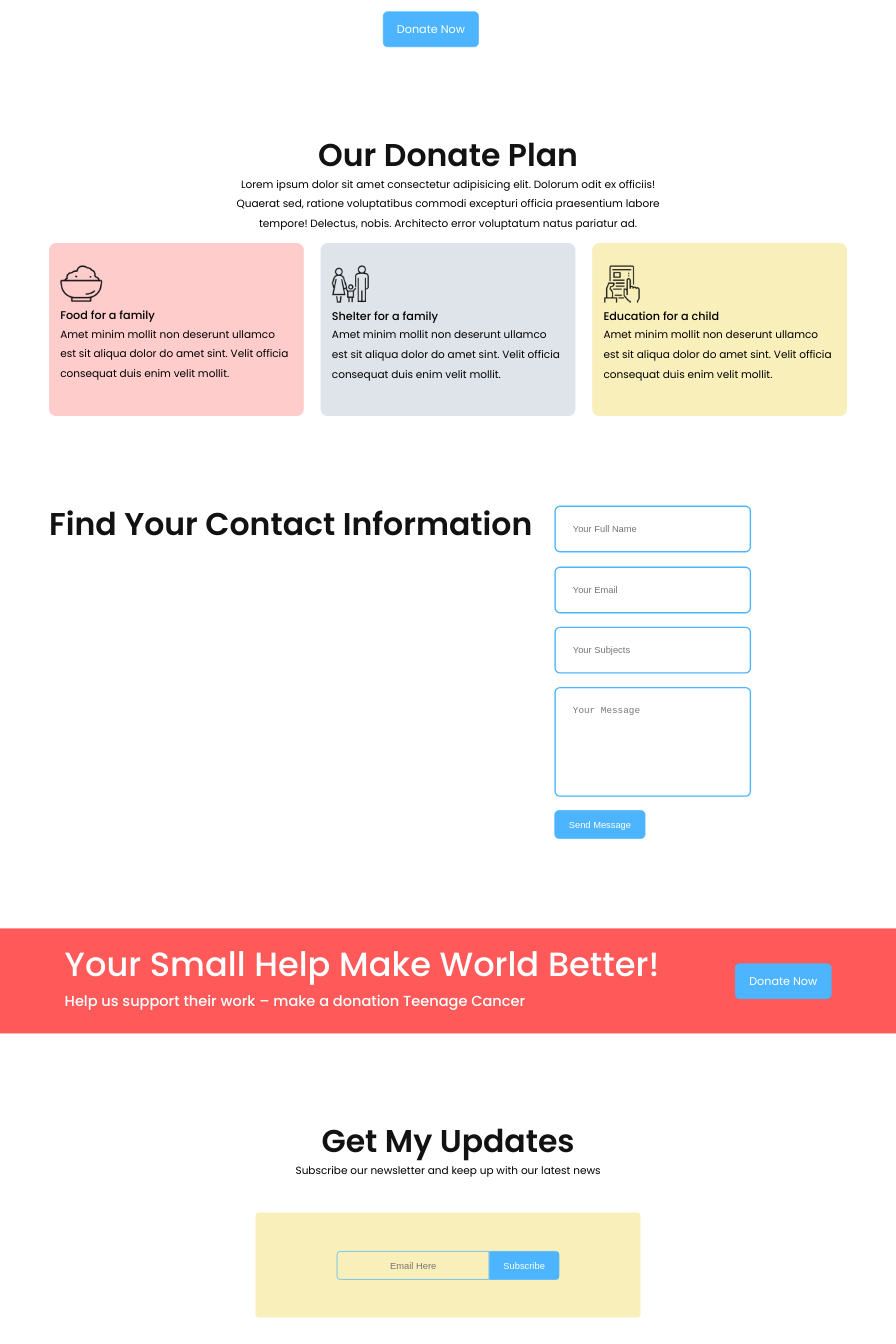
Repository: mdrubel02/donate-website
Page: index.html
These files come from the project's save history. The page is drawn as it stood at one moment and after the next save; the edit follows.
The browser window is 1280 px wide. The pictures show the part of the page from y = 1185 to 3105 px (the page is 3373 px tall), at 70% of full size.

Above is the page before, as saved 2022-07-06 21:48:59.

### index.html
<!DOCTYPE html>
<html lang="en">

<head>
    <meta charset="UTF-8">
    <meta http-equiv="X-UA-Compatible" content="IE=edge">
    <meta name="viewport" content="width=device-width, initial-scale=1.0">
    <title>Our Donate Website</title>
    <link rel="stylesheet" href="./index.css">
</head>

<body>
    <!-- banner section -->
    <section class="banner-section">
        <div class="banner-content">
            <h1>Let’s Help Those Who Are More In Need</h1>
            <p>Lorem ipsum dolor sit amet consectetur, adipisicing elit. Asperiores similique
                sapiente nobis, libero nemo saepe</p>
            <a href="" class="btn btn-primary">Donate Now</a>
        </div>
    </section>

    <!-------- Donate Today------->
    <section class="container">
        <div class="donate-section">
            <h2 class="section-title">Donate Today</h2>

            <p class="small-title">Lorem ipsum dolor sit amet consectetur adipisicing elit. Consequatur modi
                consectetur nemo blanditiis, nam velit omnis asperiores corrupti tenetur consequuntur.</p>

            <div class="donate-today">
                <div class="donate-content">
                    <h3>100<span>tk</span> </h3>
                </div>
                <div class="donate-content">
                    <h3>500<span>tk</span> </h3>
                </div>
                <div class="donate-content">
                    <h3>1000<span>tk</span> </h3>
                </div>
                <div class="donate-content">
                    <h3>5000<span>tk</span> </h3>
                </div>
            </div>
            <p>Other Amount <span>(taka)</span></p>
            <hr>
            <a href="" class="btn btn-primary">Donate Now</a>
        </div>
    </section>

    <!---------- donate plan section-------- -->
    <section class="container">
        <div class="section-title">
            <h3 class="title">Our Donate Plan</h3>
            <p class="small-title">Lorem ipsum dolor sit amet consectetur adipisicing elit. Dolorum odit ex officiis!
                Quaerat sed, ratione voluptatibus commodi excepturi officia praesentium labore tempore! Delectus, nobis.
                Architecto error voluptatum natus pariatur ad.</p>
        </div>
        <div class="donate-plan-section">
            <div id="food" class="donate-plan-content">
                <img src="./icons/food.png" alt="">
                <h4>Food for a family</h4>
                <p class="small-title">Amet minim mollit non deserunt ullamco est sit aliqua dolor do amet sint. Velit
                    officia consequat duis enim velit mollit.</p>
            </div>
            <div id="Shelter" class="donate-plan-content">
                <img src="./icons/shelter.png" alt="">
                <h4>Shelter for a family</h4>
                <p class="small-title">Amet minim mollit non deserunt ullamco est sit aliqua dolor do amet sint. Velit
                    officia consequat duis enim velit mollit.</p>
            </div>
            <div id="education" class="donate-plan-content">
                <img src="./icons/Frame-1.png" alt="">
                <h4>Education for a child</h4>
                <p class="small-title">Amet minim mollit non deserunt ullamco est sit aliqua dolor do amet sint. Velit
                    officia consequat duis enim velit mollit.</p>
            </div>
        </div>
    </section>
    <!-- contact section -->
    <section class="container">
        <div class="contact-section">
            <div class="contact-info">
                <article class="contact-detils">
                    <h1 class="title">Find Your Contact Information</h1>
                </article>
            </div>
            <div class="contact-form">
                <form >
                    <input type="text" name='name' placeholder='Your Full Name' required />
                    <input type="email" name='email' placeholder='Your Email' required/>
                    <input type="text" name='subjects' placeholder='Your Subjects' required/>
                    <textarea name='message' rows="7" placeholder='Your Message' required></textarea>
                    <button type='submit'class='btn btn-primary'>Send Message</button>
                </form>
            </div>
        </div>
    </section>
    <!-- HELP BANNER SECTION -->
    <section class="help-section">
        <div class="help-banner-section">
            <div class="help-banner-left">
                <h1>Your Small Help Make World Better!</h1>
                <h4>Help us support their work – make a donation Teenage Cancer</h4>
            </div>
            <div class="help-banner-right">
                <a class="btn btn-primary" href="">Donate Now</a>
            </div>
        </div>
    </section>

    <!-- Update Section -->
    <section class="container">
        <div class="section-title">
            <h1 class="title">Get My Updates</h1>
            <p class="small-title">Subscribe our newsletter and keep
                up with our latest news</p>
        </div>
        <div class="update-section">
            <div class="update-content">
                <input class="email-input" type="email" placeholder="Email Here">
                <input class="submit-input" type="submit" value="Subscribe">
            </div>
        </div>
    </section>

    <!------- Footer Section---- -->
    <footer>
        <h1>Be Humble</h1>
        <small>&copy; I’m gonna do it</small>
    </footer>
</body>

</html>

### index.css
/* =====GOOGLE FONTS====== */
@import url('https://fonts.googleapis.com/css2?family=Poppins:wght@300;400;500;600&display=swap');

/* =====COMMON STYLES====== */
* {
    margin: 0;
    padding: 0;
    border: 0;
    outline: 0;
    list-style: none;
    text-decoration: none;
}

body {
    font-family: 'Poppins', sans-serif;
}

h1,
h2,
h3,
h4,
h5,
h6 {
    font-weight: 500;
}

.container {
    max-width: 1200px;
    margin: 0 auto;
    padding: 0 30px;
    margin-top: 10%;
    margin-bottom: 10%;
    box-sizing: border-box;
}

a {
    color: #fff;
    transition: all 400ms ease;
}

a:hover {
    color: #fff;
}

.btn {
    text-align: center;
    width: max-content;
    display: inline-block;
    color: #fff;
    padding: 0.75rem 1.2rem;
    border-radius: 0.4rem;
    border: 1px solid #4db5ff;
    transition: all 400ms ease;
}

.btn:hover {
    background: #fff;
    color: #4db5ff;
    border: 1px solid #4db5ff;
}

.btn-primary {
    background: #4db5ff;
    color: #fff;
}

.section-title {
    text-align: center;
    padding: 0 250px;
}
.title{
    color: #121212;
    font-weight: 700;
    font-size: 45px;
    line-height: 54px;
    text-align: center;
}
.small-title {
    font-family: 'Poppins';
    font-style: normal;
    font-weight: 400;
    font-size: 15px;
    line-height: 28px;
    ;
    margin-bottom: .9rem;
}

hr {
    border: 1px solid #DADADA;
    margin-bottom: 1.3rem;
}
/* ========BANNER SECTION STYLE======== */

.banner-section {
    background-image: url(./images/donation0.jpg);
    background-repeat: no-repeat;
    background-size: cover;
    background-position: center center;
    height: 100vh;
    width: 100%;
    position: relative;
    z-index: 1;
    display: flex;
    flex-direction: column;
    justify-content: center;
    align-items: center;
    text-align: center;
}

.banner-section:after {
    content: "";
    position: absolute;
    top: 0;
    left: 0;
    width: 100%;
    height: 100%;
    background: linear-gradient(360deg, #121212 0%, rgba(18, 18, 18, 0) 100%);
    opacity: .7;
    z-index: -5;
}

.banner-content {
    width: 50%;
}

.banner-content h1 {
    font-size: 3rem;
    color: #fff;
}

.banner-content p {
    margin-bottom: 5px;
    color: #fff;
}

/*=========== Donate section style========= */
.donate-today {
    display: flex;
    gap: 1.5rem;
    justify-content: space-around;

}

.donate-content {
    width: 135px;
    height: 123px;
    background: #FAFAFA;
    border-radius: 5px;
    font-size: 30px;
    font-weight: 700;
    line-height: 36px;
    display: flex;
    justify-content: center;
    align-items: center;
    margin: 1.2rem 0;
    transition: all 400ms ease;
}

.donate-content:hover {
    border: 2px solid #FF5959;
    border-radius: 5px;
    color: #FF5959;
}

.donate-section {
    width: 691px;
    margin-left: 200px;
    text-align: center;
}

.donate-section p {
    text-align: center;
}

.donate-section p {
    font-weight: 400;
    font-size: 18px;
    line-height: 28px;
    color: #B3B3B3;
    text-align: center;
    margin-bottom: .7rem;
}

/*========donate plan section======= */

.donate-plan-section {
    display: flex;
    gap: 1.5rem;
}

#Shelter {
    background: #dfe4ea;
}

#food {
    background-color: #ffcccc;
}

#education {
    background-color: #F8EFBA;
}

.donate-plan-content {
    overflow: hidden;
    padding: 2rem 1rem;
    border-radius: 10px;
}
/* ========CONTACT  STYLE======== */
.contact-section{
    display: flex;
    gap: 2rem;
}
.contact-img{
    width: 68%;
}
.contact-img img{
    width: 50%;
    display: block;
    object-fit: contain;
}
form{
    display: flex;
    flex-direction: column;
    gap: 1.2rem;
}
input, textarea{
    width: 100%;
    padding: 1.5rem;
    border-radius: 0.5rem;
    background: transparent;
    border: 2px solid  #4db5ff;
    resize: none;
    color: var(--color-white);
}
/* ========HELP BANNER  STYLE======== */
.help-section{
    height: 150px;
    background-color: #FF5959;
}
.help-banner-section{
    display: flex;
    gap: 1rem;
    justify-content: space-evenly;
    align-items: center;
}
.help-banner-left{
    margin-top: 1rem;
}
.help-banner-left h1{
    font-size: 3rem;
    color: #fff;
}
.help-banner-left{
    font-size: 1.3rem;
    color: #fff;
}
.help-banner-right {
   margin-top: 2rem;
}
/*=======update subscribe style=======*/
.update-section {
    display: flex;
    justify-content: center;
    align-items: center;
}
.update-section p{
    text-align: center;
    width: 400px;
}
.update-content {
    display: flex;
    justify-content: center;
    align-items: center;
    width: 550px;
    height: 150px;
    background-color: #F8EFBA;
    border-radius: 5px;
    margin-top: 2rem;
}

.email-input {
    text-align: center;
    width: max-content;
    display: inline-block;
    color: #4db5ff;
    padding: 0.75rem 1.2rem;
    border-radius: 5px 0 0 5px;
    border: 1px solid #4db5ff;
}

.submit-input {
    text-align: center;
    width: max-content;
    display: inline-block;
    color: #fff;
    padding: 0.75rem 1.2rem;
    border-radius: 0 5px 5px 0;
    border: 1px solid #4db5ff;
    background-color: #4db5ff;
}

/*=======footer style=======*/
footer {
    background-color: #0B0D17;
    height: 177px;
    display: flex;
    flex-direction: column;
    justify-content: center;
    align-items: center;
}

footer h1 {
    color: #fff;
    font-size: 36px;
    line-height: 44px;
}

footer small {
    color: #fff;
}

After the next save:
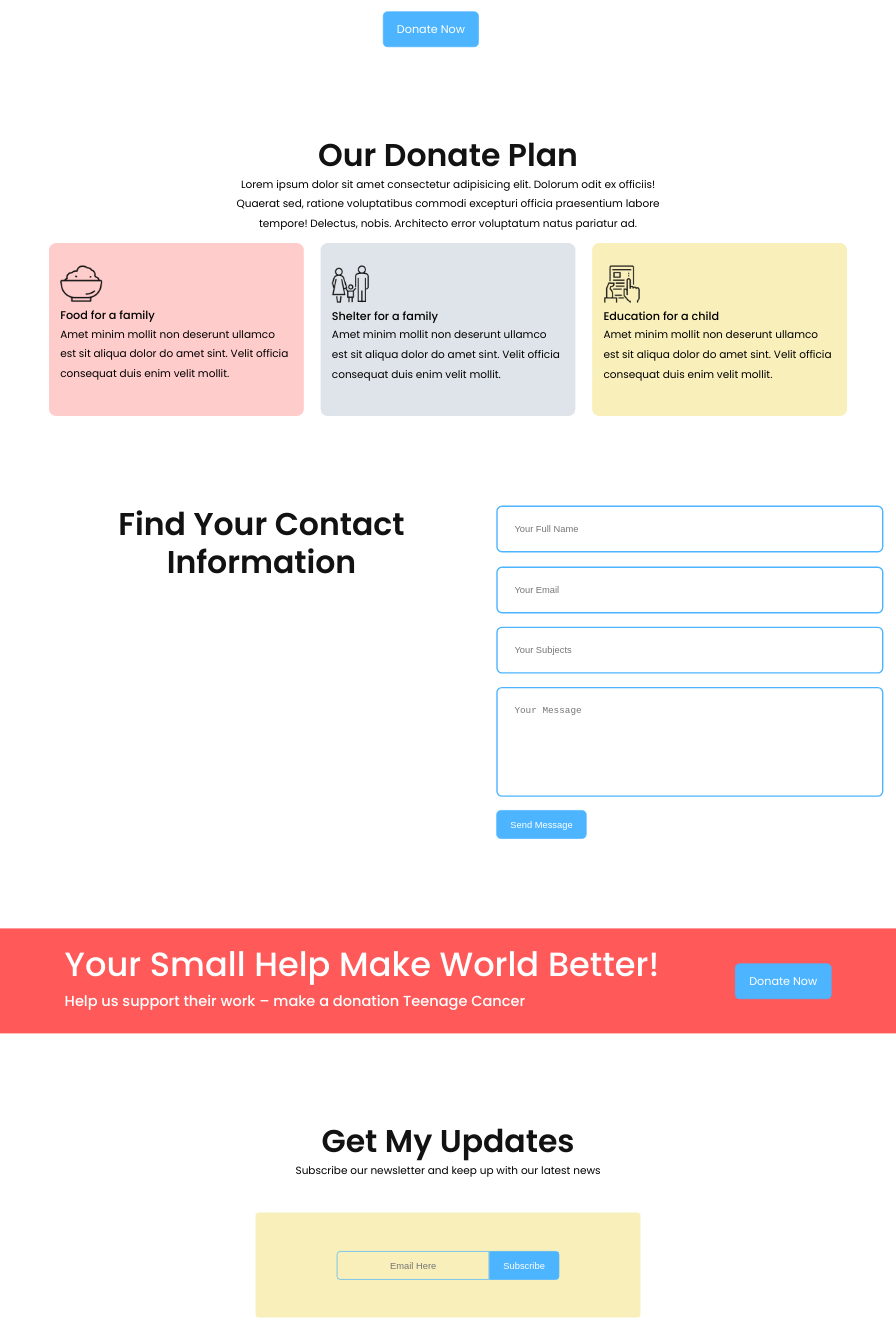
Saved 55 s later.
--- a/index.css
+++ b/index.css
@@ -210,13 +210,8 @@ hr {
     display: flex;
     gap: 2rem;
 }
-.contact-img{
-    width: 68%;
-}
-.contact-img img{
+.contact-form{
     width: 50%;
-    display: block;
-    object-fit: contain;
 }
 form{
     display: flex;
